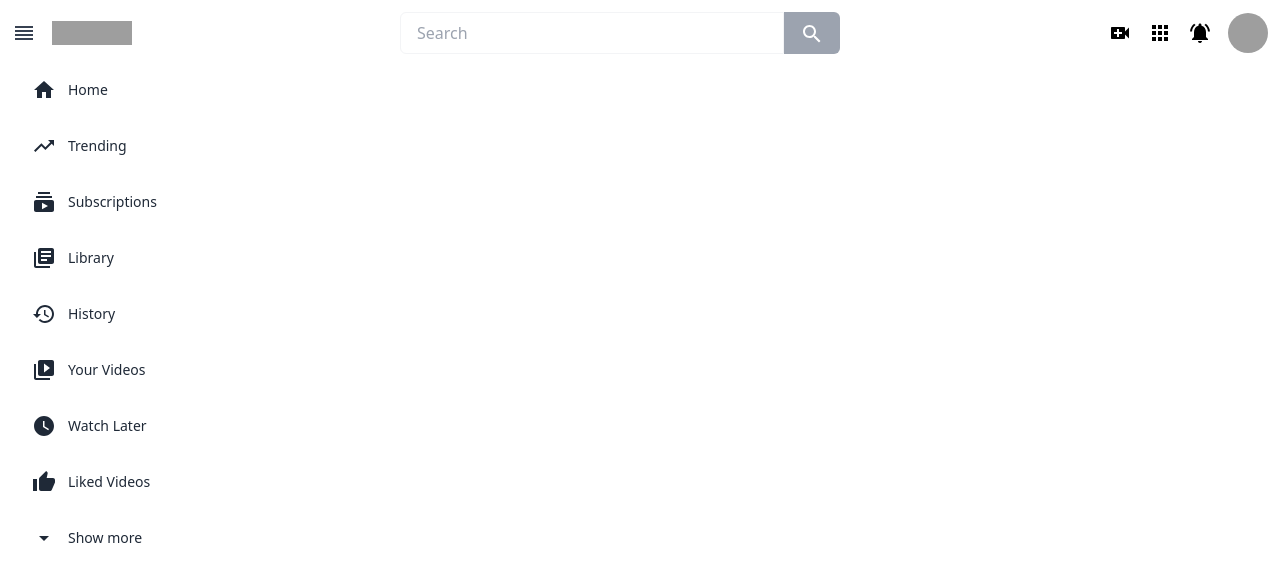
Repository: Shamraiz761/Youtube-clone
Page: /
An editor plug-in stored every save of this project. The page is shown before and after a run of saves, followed by the edit.
The browser window is 1280 px wide. The pictures show the whole page.
Pictures or frames that could not be fetched are drawn as grey boxes. The project was rebuilt for these pictures with package versions that can differ from the ones it lists, and the page was loaded fresh each time. Also part of the build but not shown: vite.config.js.

Above is the page before, as saved 2024-01-19 22:23:39.

### src/App.jsx

import React from 'react';
import Home from './pages/home/Home';
function App() {
  return (
    <div>
      <Home />
    </div>
  );
}

export default App;

### src/pages/home/Home.jsx
import React from "react";
import Navbar from "../../components/header/Navbar";
import Sidebar from "../../components/sidebar/Sidebar";
import RecommendedVideo from "../../components/video/RecommendedVideo";

function Home() {
  return (
    <div>
      <Navbar />
      <div className="flex">
      <Sidebar />
      <RecommendedVideo />
      </div>
    </div>
  );
}

export default Home;

### src/components/header/Navbar.jsx
import React from "react";
import ReorderIcon from "@material-ui/icons/Reorder";
import VideoCallIcon from "@material-ui/icons/VideoCall";
import AppsIcon from "@material-ui/icons/Apps";
import NotificationsActiveIcon from "@material-ui/icons/NotificationsActive";
import SearchIcon from '@material-ui/icons/Search';
const Navbar = () => {
  return (
    <nav className="p-3 sticky top-0 z-96 bg-white">
      <div className="container mx-auto flex flex-wrap justify-between items-center">
        {/* Logo */}
        <div className="text-white font-bold text-xl flex items-center flex-row">
          <ReorderIcon className="mr-4 size-5 text-gray-700 " />
          <img
            className="w-10 h-4 sm:w-20 sm:h-6"
            src="https://upload.wikimedia.org/wikipedia/commons/thumb/e/e1/Logo_of_YouTube_%282015-2017%29.svg/2560px-Logo_of_YouTube_%282015-2017%29.svg.png"
          />
        </div>

        {/* Search bar */}
        <div className="flex items-center">
          <input
            type="text"
            placeholder="Search"
            className="p-1 md:px-4 md:py-2 rounded-l-md border border-gray-100 focus:outline-none w-32 md:w-96"
          />
          <button className="bg-gray-400 p-1  md:px-4 md:py-2 rounded-r-md text-white">
            <SearchIcon />
          </button>
        </div>

        {/* User profile */}
        <div className="flex items-center flex-row space-x-2 md:space-x-4">
          <VideoCallIcon />
          <AppsIcon />
          <NotificationsActiveIcon />
          <img
          className="w-10 h-10 rounded-full"
          src="https://encrypted-tbn0.gstatic.com/images?q=tbn:ANd9GcT5e22dr8y5uGoiuiPB5wwHR3v8v43srFH0SUokZVWJug&s" />
        </div>
      </div>
    </nav>
  );
};

export default Navbar;

### src/components/sidebar/Sidebar.jsx
import TrendingUpIcon from '@material-ui/icons/TrendingUp';
import History from '@material-ui/icons/History';
import SubscriptionsIcon from '@material-ui/icons/Subscriptions';
import Home from '@material-ui/icons/Home';
import { Link } from 'react-router-dom';
import LibraryBooksIcon from '@material-ui/icons/LibraryBooks';
import VideoLibraryIcon from '@material-ui/icons/VideoLibrary';
import WatchLaterIcon from '@material-ui/icons/WatchLater';
import ThumbUpIcon from '@material-ui/icons/ThumbUp';
import ArrowDropDownIcon from '@material-ui/icons/ArrowDropDown';
import React from 'react';

const Sidebar = () => {
    const data = [
        {
            id: 1,
            title: 'Home',
            icon: <Home className='mr-3 hover:text-red-600'/>,
        },
        {
            id: 2,
            title: 'Trending',
            icon: <TrendingUpIcon className='mr-3 hover:text-red-600'/>,
        },
        {
            id: 3,
            title: 'Subscriptions',
            icon: <SubscriptionsIcon className='mr-3 hover:text-red-600'/>,
        },
        {
            id: 4,
            title: 'Library',
            icon: <LibraryBooksIcon className='mr-3 hover:text-red-600'/>,
        },
        {
            id: 5,
            title: 'History',
            icon: <History className='mr-3 hover:text-red-600'/>,
        },
        {
            id: 6,
            title: 'Your Videos',
            icon: <VideoLibraryIcon className='mr-3 hover:text-red-600'/>,
        },
        {
            id: 7,
            title: 'Watch Later',
            icon: <WatchLaterIcon className='mr-3 hover:text-red-600'/>,
        },
        {
            id: 8,
            title: 'Liked Videos',
            icon: <ThumbUpIcon className='mr-3 hover:text-red-600'/>,
        },
        {
            id: 9,
            title: 'Show more',
            icon: <ArrowDropDownIcon className='mr-3 hover:text-red-600'/>,
        },

    ]
  return (
    <div className="text-gray-800 bg-white w-64 flex flex-col h-[89vh]">

      <div className="flex-grow">
        <ul className="space-y-2 overflow-auto ">
            {
                data.map((item) => (

                        <li className={`pl-8 py-3 hover:bg-gray-200 hover:text-red-600 cursor-pointer flex items-center text-sm font-medium `}>

                            {item.icon}
                            {item.title}
                        </li>

                ))
            }

        </ul>
      </div>


    </div>
  );
};

export default Sidebar;

### src/components/video/RecommendedVideo.jsx
import React from 'react'

function RecommendedVideo() {
  return (
    <div>
      <h1></h1>
    </div>
  )
}

export default RecommendedVideo

Loaded but not shown: index.html (common file); src/main.jsx (common file); src/index.css (common file); tailwind.config.js (common file)

After the next 5 saves:
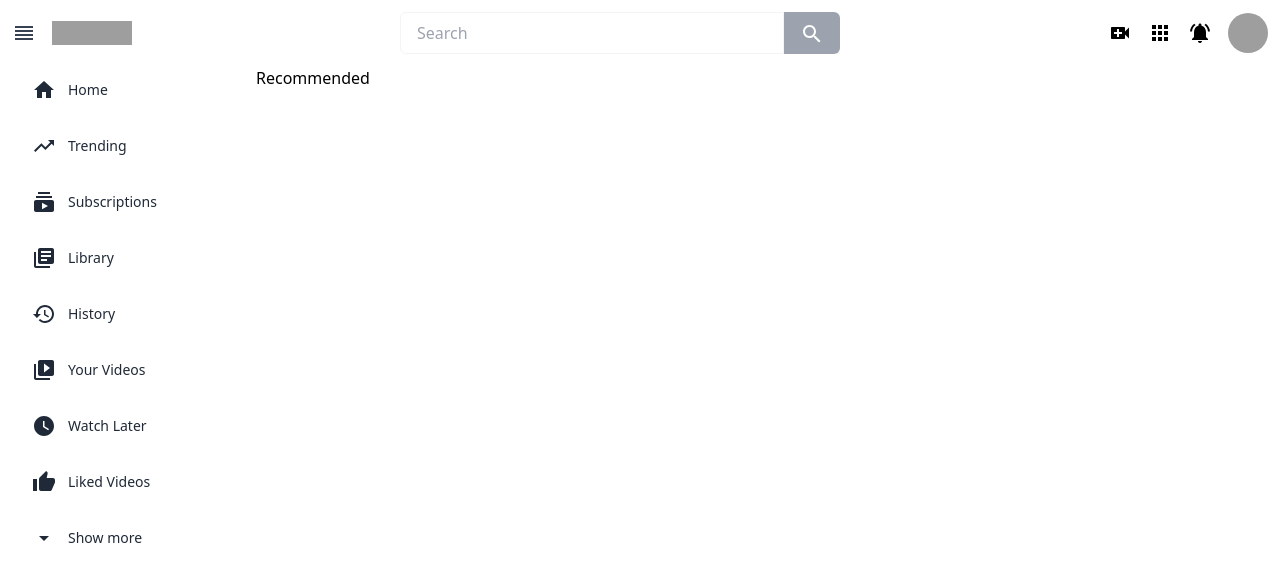
The 5 saves are shown as one change because they came seconds apart.
The last was saved 13 s later.
--- a/src/components/video/RecommendedVideo.jsx
+++ b/src/components/video/RecommendedVideo.jsx
@@ -3,7 +3,7 @@ import React from 'react'
 function RecommendedVideo() {
   return (
     <div>
-      <h1></h1>
+      <h1 className=''> Recommended</h1>
     </div>
   )
 }
